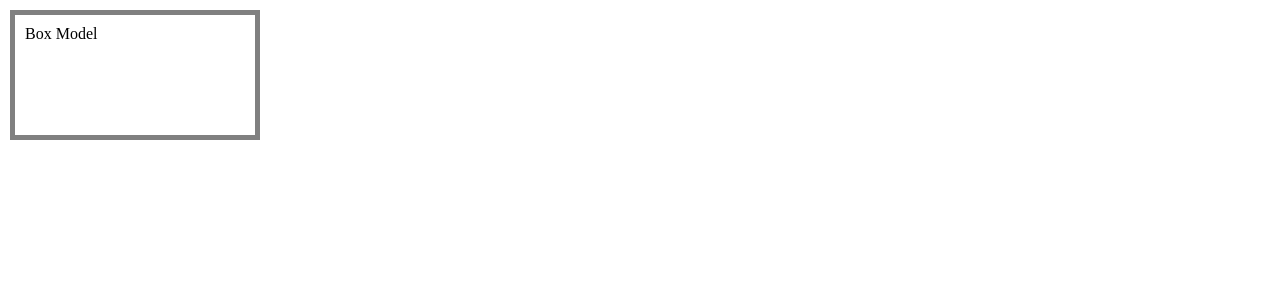
Repository: Seonhanbit/dev
Page: work_frontend/CSSEx/WebContent/08boxmodel/01.boxmodel.html
These files come from the project's save history. The page is drawn as it stood at one moment and after the next save; the edit follows.
The browser window is 1280 px wide. The pictures show the whole page.

Above is the page before, as saved 2019-08-27 03:07:07.

### work_frontend/CSSEx/WebContent/08boxmodel/01.boxmodel.html
<!DOCTYPE html PUBLIC "-//W3C//DTD HTML 4.01 Transitional//EN" "http://www.w3.org/TR/html4/loose.dtd">
<html>
<head>
<style type="text/css">
* {
	margin: 0;
	padding: 0;
	border: 0;
}

div.ex {
	width: 220px;
	height: 100px;
	padding: 10px;
	border: 5px solid gray;
	margin: 10px;
}
</style>
</head>

<body>
	<div class="ex">Box Model</div>
</body>
</html>

After the next save:
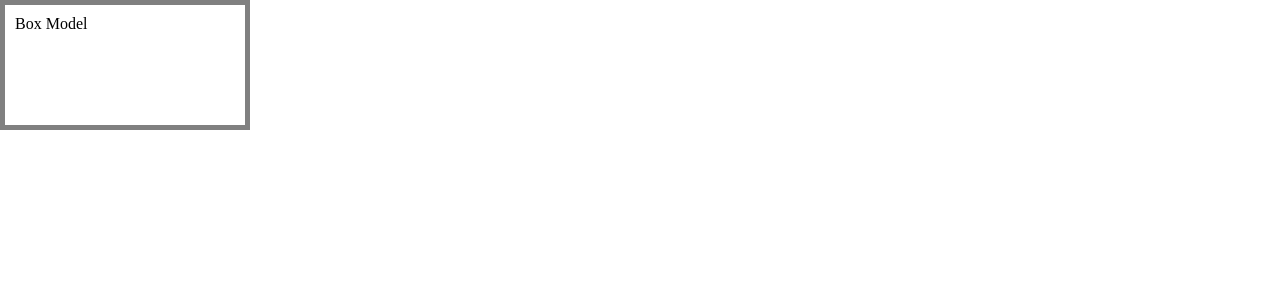
Saved 10 min 39 s later.
--- a/work_frontend/CSSEx/WebContent/08boxmodel/01.boxmodel.html
+++ b/work_frontend/CSSEx/WebContent/08boxmodel/01.boxmodel.html
@@ -13,7 +13,7 @@ div.ex {
 	height: 100px;
 	padding: 10px;
 	border: 5px solid gray;
-	margin: 10px;
+	margin: 0px;
 }
 </style>
 </head>
